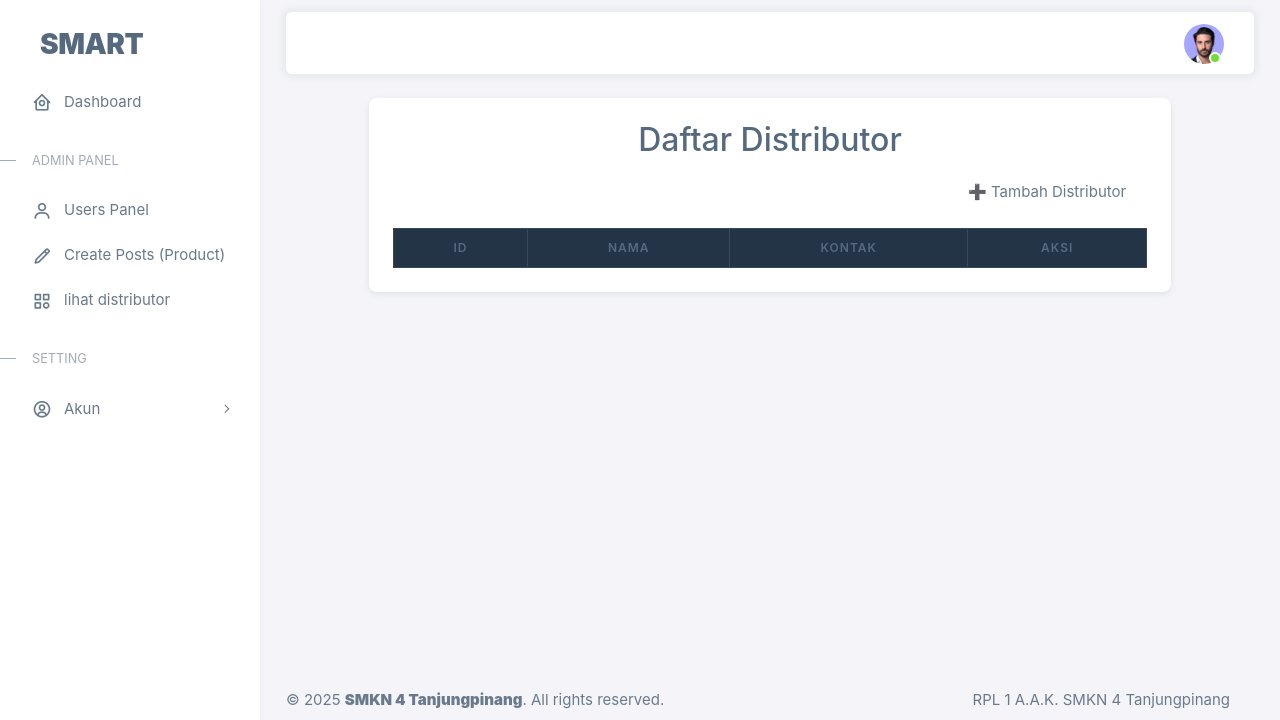
Repository: athalantis/SMart
Page: http://localhost/distributor.php
An editor plug-in stored every save of this project. The page is shown before and after the next save, followed by the edit.
The browser window is 1280 px wide. The pictures show the whole page.
Some web fonts or font styles are not loaded; a fallback is used. The page is run by PHP 8.4 with error messages shown; the project is at /var/www/html/. The session is filled in as if someone had signed in: {"username": "testuser", "name": "Test User", "role": "admin", "user_id": 1}. Queries for data that is not in the repository find no rows.

Above is the page before, as saved 2025-03-28 13:19:13.

After the next save:
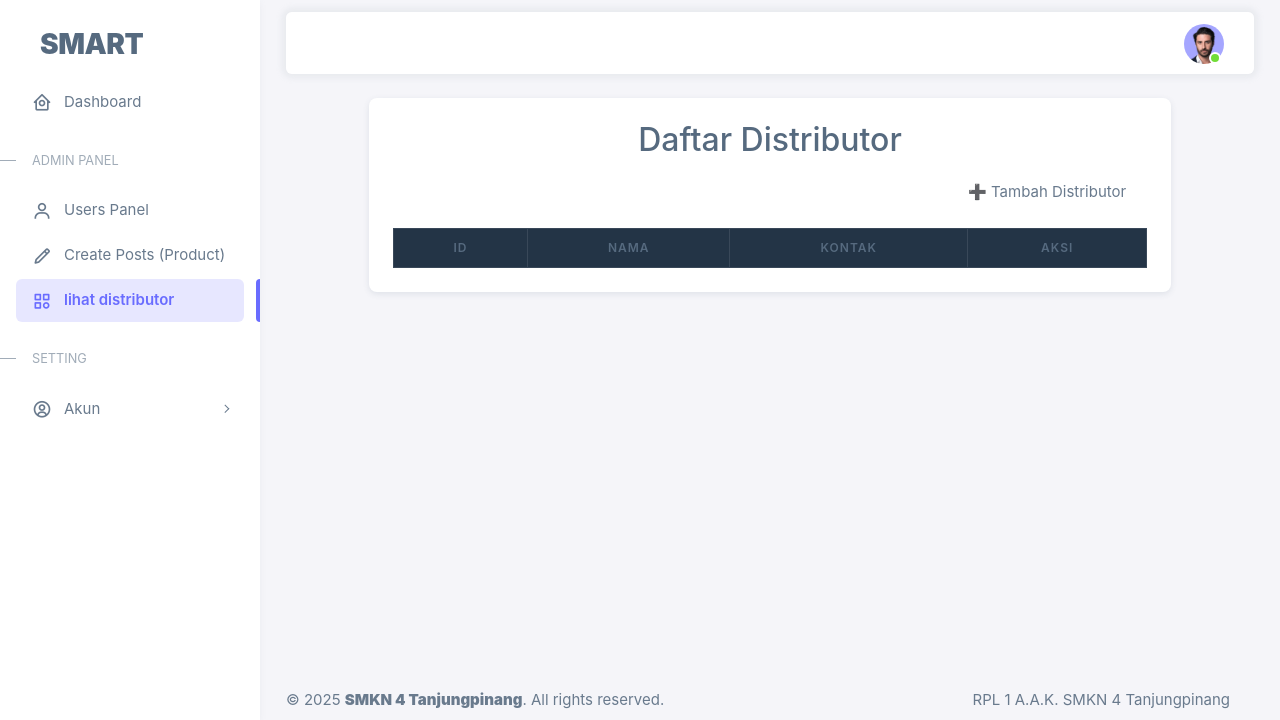
Saved 5 s later.
--- a/.includes/sidemenu.php
+++ b/.includes/sidemenu.php
@@ -98,7 +98,7 @@ $role = $_SESSION['role'] ?? 'user'; // Default role jika tidak ada
         </li>
 
         <li class="menu-item">
-            <a href="pemesanan_index.php" class="menu-link">
+            <a href="distributor.php" class="menu-link">
               <i class="menu-icon tf-icons bx bx-category"></i>
               <div data-i18n="Create Category">lihat distributor</div>
             </a>
